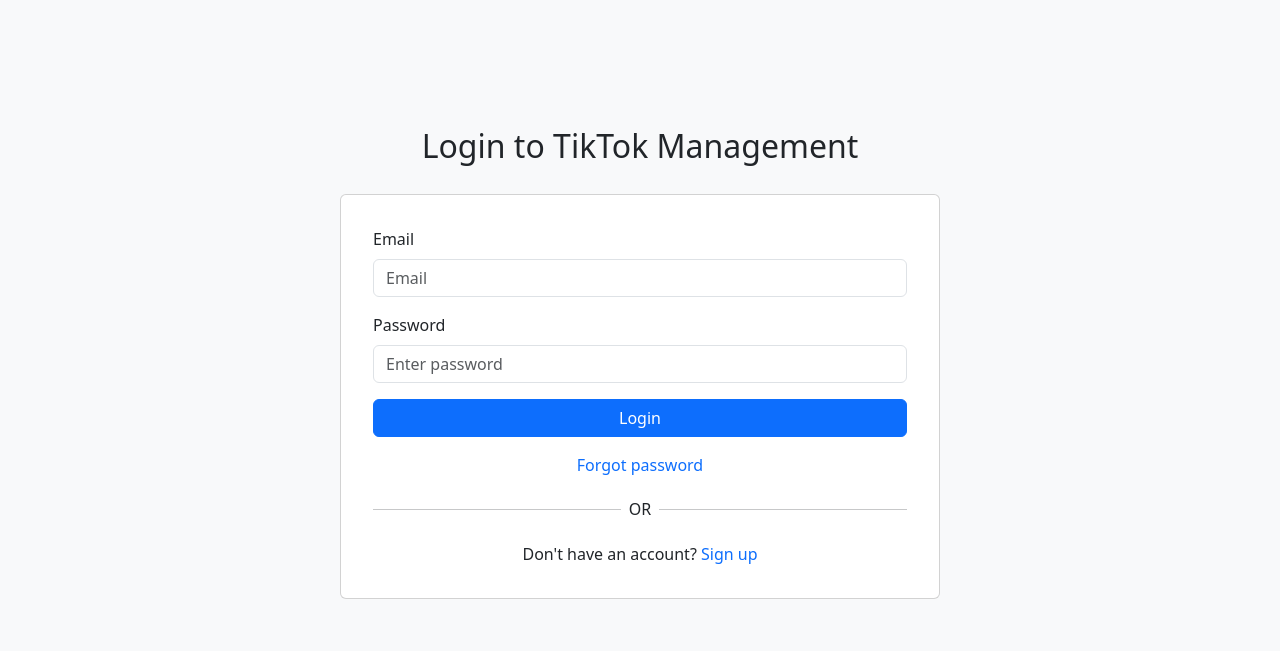
Repository: chaolaolo/tikcrm-fe
Page: /
These files come from the project's save history. The page is drawn as it stood at one moment and after the next save; the edit follows.
The browser window is 1280 px wide. The pictures show the whole page.
The project was rebuilt for these pictures with package versions that can differ from the ones it lists, and the page was loaded fresh each time. Also part of the build but not shown: vite.config.ts, src/pages/Home/Settings.tsx, src/pages/Home/HomePage.tsx. Imported but missing from the stored project, and not drawn on this page: src/pages/Home/Dashboard, src/pages/Register/RegisterPage.

Above is the page before, as saved 2025-05-22 22:19:40.

After the next save:
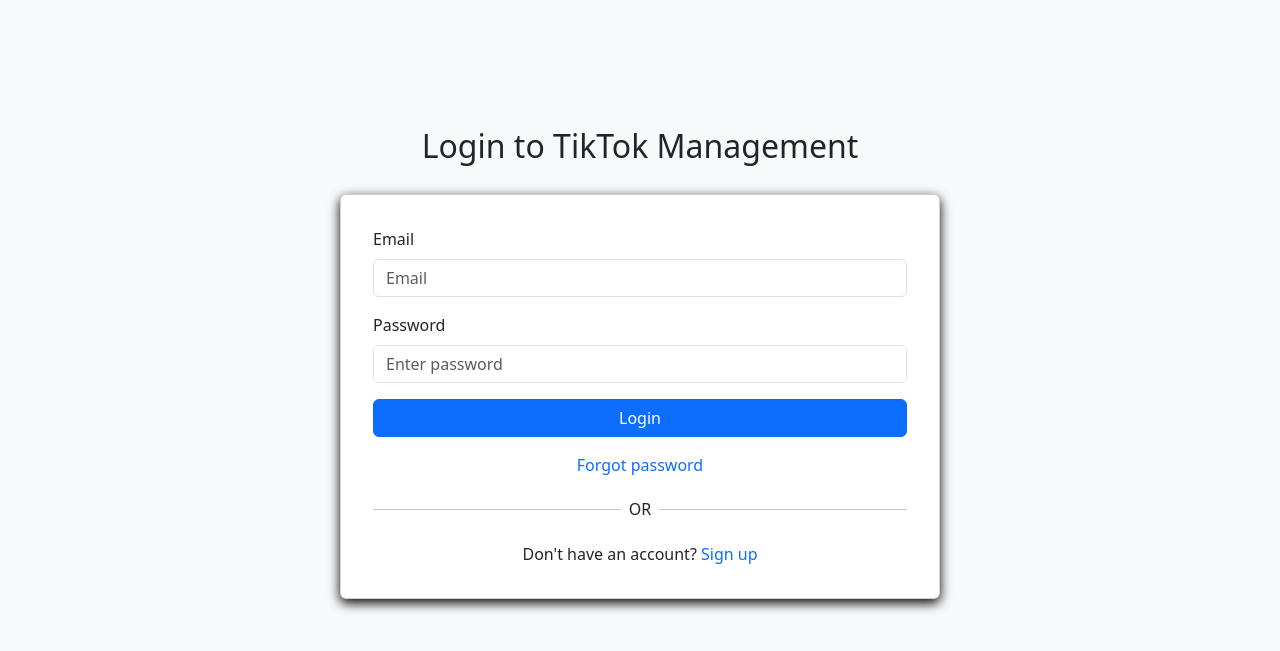
Saved 11 s later.
--- a/src/pages/Auth/LoginPage.tsx
+++ b/src/pages/Auth/LoginPage.tsx
@@ -17,7 +17,7 @@
           <p className="text-center mb-4 fs-2">Login to TikTok Management</p>
           <div className="card p-8" style={{
             backgroundColor: 'white',
-            boxShadow: '0 4px 12px rgba(0, 0, 0, 0)'
+            boxShadow: '0 4px 12px rgba(0, 0, 0, 1.0)'
           }}>
             <form>
               <div className="mb-3 text-start">
